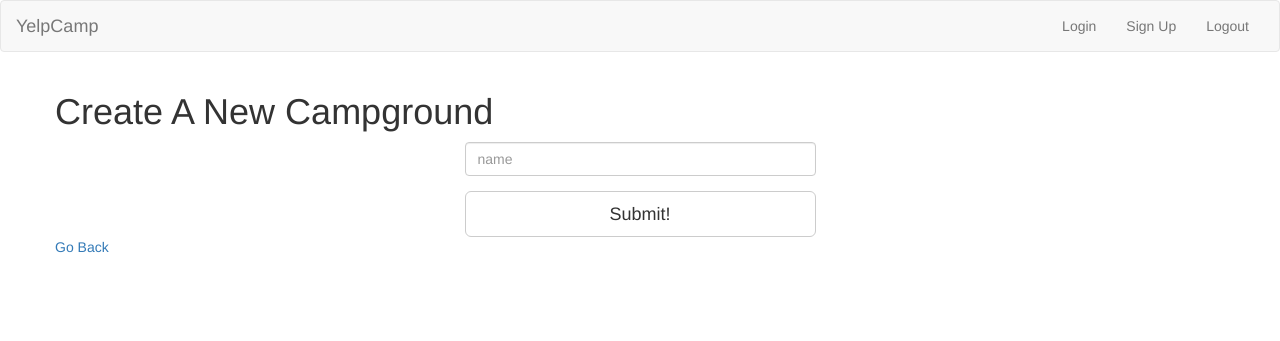
Repository: demioke/web-development-bootcamp
Page: http://localhost/campgrounds/new
The author's editor kept a record of every edit. The page is drawn from the files as they stood at one moment, then again after the next edit.
The browser window is 1280 px wide. The pictures show the whole page.
The page is served by the project's Node server (YelpCamp/v1/app.js).

Above is the page before.

### YelpCamp/v1/views/new.ejs
<% include partials/header %>

<div class="container">
    <div class="row">
        <h1>Create A New Campground</h1>
        <div style="width: 30%; margin: 0 auto;">
            <form action="/campgrounds" method="POST">
                <div class="form-group">
                    <input class="form-control" type="text" name="name" placeholder="name">
                </div>
                <div class="form-group">

                </div>
                <div class="form-group">

                </div>


                <button class="btn btn-lg btn-default btn-block">Submit!</button>
            </form>
        </div>

        <a href="/campgrounds">Go Back</a>
    </div>
</div>


<% include partials/footer %>

### YelpCamp/v1/views/partials/header.ejs
<!DOCTYPE html>
<html>
    <head>
        <title>YelpCamp</title>
        <link rel="stylesheet" href="https://stackpath.bootstrapcdn.com/bootstrap/3.3.5/css/bootstrap.min.css">
    </head>
    <body>

    <nav class="navbar navbar-default">
        <div class="container-fluid">
            <div class="navbar-header">
                <a class="navbar-brand" href="/">YelpCamp</a>
            </div>
            <div class="collapse navbar-collapse">
                <ul class="nav navbar-nav navbar-right">
                    <li><a href="/">Login</a></li>
                    <li><a href="/">Sign Up</a></li>
                    <li><a href="/">Logout</a></li>
                </ul>
            </div>
        </div>
    </nav>

### YelpCamp/v1/views/partials/footer.ejs
     </body>
</html>

### YelpCamp/v1/app.js
var express = require("express");
var app = express();
var bodyParser = require("body-parser");

app.use(bodyParser.urlencoded({extended: true}));
app.set("view engine", "ejs");

var campgrounds = [
        {name: "Salmon Creek", image:"https://farm9.staticflickr.com/8041/7930201874_6c17ed670a.jpg"},
        {name: "Granite Hill", image:"https://farm8.staticflickr.com/7205/7121863467_eb0aa64193.jpg"},
        {name: "Mountain Goat's Rest", image:"https://pixabay.com/get/e83db50929f0033ed1584d05fb1d4e97e07ee3d21cac104497f9c67eafe4b1be_340.jpg"}
];

app.get("/", function(req, res) {
    res.render("landing");
});

app.get("/campgrounds", function(req, res) {
    res.render("campgrounds", {campgrounds: campgrounds});
});

app.post("/campgrounds", function(req, res) {
    //get data from form and add to campgrounds array
    var name = req.body.name;  //body-parser allows us to obtain the body req as an object. ".name" is the name attr in form on new.ejs
    var image = req.body.image;
    var newCampground = {name: name, image: image}; //creating new campground object
    campgrounds.push(newCampground); //adding new campground to campgrounds array
    //redirect back to campgrounds page
    res.redirect("/campgrounds"); //redirects as get request
});

app.get("/campgrounds/new", function(req, res) {
    res.render("new.ejs"); //form for adding new campgrounds
});




app.listen(process.env.PORT, process.env.IP, function() {
    console.log("The YelpCamp Server has started");
});

After the next edit:
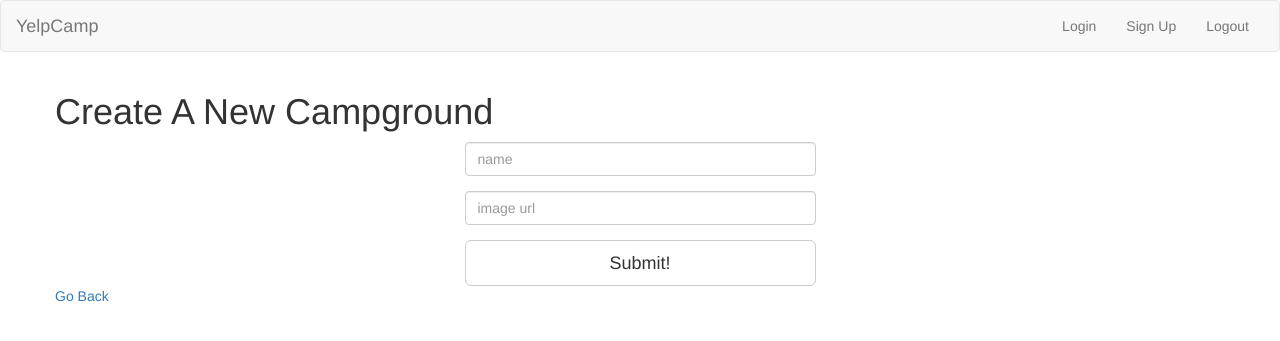
The edit:
--- a/YelpCamp/v1/views/new.ejs
+++ b/YelpCamp/v1/views/new.ejs
@@ -9,7 +9,7 @@
                     <input class="form-control" type="text" name="name" placeholder="name">
                 </div>
                 <div class="form-group">
-
+                    <input class="form-control" type="text" name="image" placeholder="image url">
                 </div>
                 <div class="form-group">
 
